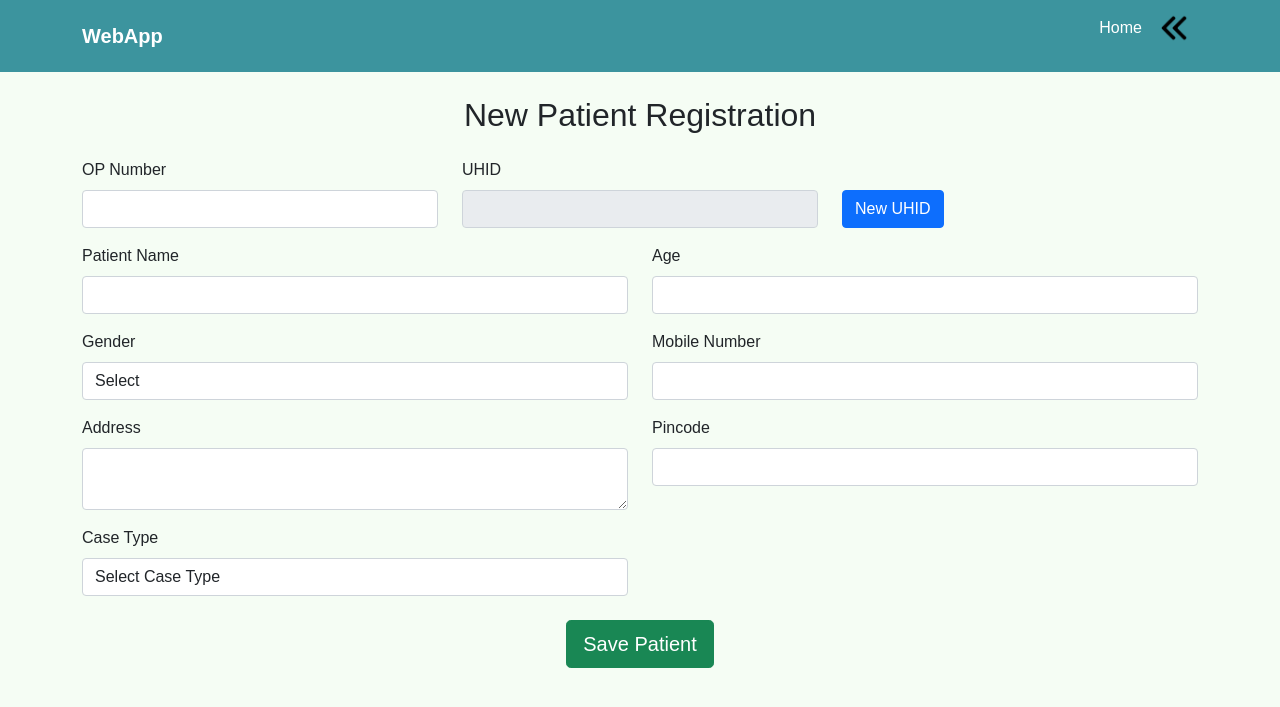
Repository: NAGENDRAN0/New
Page: http://localhost/registerEdit
The author's editor kept a copy of each file at every save. The page is drawn from the files as they stood at one save, then again after the next save.
The browser window is 1280 px wide. The pictures show the whole page.
The page is this project's Thymeleaf template; nobody is signed in. The template is opened directly, without the code that normally fills it, so the values that code supplies are empty.

Above is the page before, as saved 2025-05-15 10:55:48.

### Documents/workspace-spring-tool-suite-4-4.25.0.RELEASE/HMS/src/main/resources/templates/registerEdit.html
<!DOCTYPE html>
<html lang="en" xmlns:th="http://www.thymeleaf.org">

<head>
	<meta charset="UTF-8">
	<meta name="viewport" content="width=device-width, initial-scale=1.0">
	<title>OP Patient</title>

	<!-- Bootstrap CSS -->
	<link href="https://cdn.jsdelivr.net/npm/bootstrap@5.0.2/dist/css/bootstrap.min.css" rel="stylesheet">
</head>

<body style="background-color: #f5fdf4; font-family: Arial, sans-serif;">
	<div th:if="${successMessage}" class="alert alert-success">
	    <p th:text="${successMessage}"></p>
	</div>

	<!-- Navigation Bar -->
	<nav class="navbar navbar-expand-lg navbar-dark" style="background-color: #3C949E;">
		<div class="container">
			<a class="navbar-brand" href="#" style="color: white; font-weight: bold;">WebApp</a>
			<button class="navbar-toggler" type="button" data-bs-toggle="collapse" data-bs-target="#navbarNav"
				aria-controls="navbarNav" aria-expanded="false" aria-label="Toggle navigation">
				<span class="navbar-toggler-icon"></span>
			</button>
			<div class="collapse navbar-collapse" id="navbarNav">
				<ul class="navbar-nav ms-auto">
					<li class="nav-item"><a class="nav-link active" href="/" style="color: white;">Home</a></li>

					<div class="d-flex justify-content-end mb-3">
						  <a href="/" class="btn btn-sm btn-custom"> <img src="/image/back.png" height="30" width="30"/> </a>
						</div>
				</ul>
			</div>
		</div>


	</nav>

	<!-- New Patient Form -->
	<div class="container mt-4">
		<h2 class="text-center mb-4">New Patient Registration</h2>
		<form th:action="@{/save}" th:object="${pate}" method="post">

			<!-- Row 1: OP Number & UHID -->
			<div class="row mb-3">
				<div class="col-md-4">
					<label for="opNumber" class="form-label">OP Number</label>

					<input type="text" class="form-control" name="patientEntryNumber" th:field="*{patientEntryNumber}" required>

				</div>
				<div class="col-md-4">
					<label for="uhid" class="form-label">UHID</label>
					<input type="text" class="form-control" id="uhid" name="uhid" th:field="*{UHId}" readonly >
				</div>

				<div class="col-md-2 d-flex align-items-end">
					<button type="button" class="btn btn-primary" data-bs-toggle="modal" data-bs-target="#uhidModal">
						New UHID
					</button>
				</div>


			</div>

			<!-- Row 2: Name & Age -->
			<div class="row mb-3">
				<div class="col-md-6">
					<label for="name" class="form-label">Patient Name</label>

					<input type="text" class="form-control" id="name" name="patientName" th:field="*{patientName}" required>
				</div>
				<div class="col-md-6">
					<label for="age" class="form-label">Age</label>
					<input type="number" class="form-control" id="age" name="patientAge" min="1" th:field="*{patientAge}" required>
				</div>
			</div>

			<!-- Row 3: Gender & Mobile Number -->
			<div class="row mb-3">
				<div class="col-md-6">
					<label for="gender" class="form-label">Gender</label>
					<select class="form-control" id="gender" name="patientGender" th:field="*{patientGender}" required>
						<option value="">Select</option>
						<option value="Male">Male</option>
						<option value="Female">Female</option>
						<option value="Other">Other</option>
					</select>
				</div>
				<div class="col-md-6">
					<label for="mobileNumber" class="form-label">Mobile Number</label>
					<input type="tel" class="form-control" id="mobileNumber" name="patientMobile" pattern="[0-9]{10}"
						th:field="*{patientMobile}" required>
				</div>
			</div>

			<!-- Row 4: Address & Pincode -->
			<div class="row mb-3">
				<div class="col-md-6">
					<label for="address" class="form-label">Address</label>
					<textarea class="form-control" id="address" name="patientAddress" rows="2" th:field="*{patientAddress}" required></textarea>
				</div>
				<div class="col-md-6">
					<label for="pincode" class="form-label">Pincode</label>
					<input type="text" class="form-control" id="pincode" name="PatientPincode" pattern="[0-9]{6}" th:field="*{PatientPincode}" required>
				</div>
			</div>

			<!-- Row 5: Case Type -->
			<div class="row mb-4">
				<div class="col-md-6">
					<label for="caseType" class="form-label">Case Type</label>
					<select class="form-control" id="caseType" name="PatientCasType" th:field="*{PatientCasType}" required>
						<option value="">Select Case Type</option>
						<option value="Emergency">Emergency</option>
						<option value="Regular">Regular</option>
						<option value="Surgery">Surgery</option>
					</select>
				</div>
			</div>

			<!-- Submit Button -->
			<center>
				<button type="submit" class="btn btn-success btn-lg">Save Patient</button>
			</center>
		</form>
	</div>
	<!-- UHID Modal (Lookup Screen) -->
	<div class="modal fade" id="uhidModal" tabindex="-1" aria-labelledby="uhidModalLabel" aria-hidden="true">
		<div class="modal-dialog">
			<div class="modal-content">
				<div class="modal-header">
					<h5 class="modal-title" id="uhidModalLabel">Create New UHID</h5>
					<button type="button" class="btn-close" data-bs-dismiss="modal" aria-label="Close"></button>
				</div>
				<div class="modal-body">
					<form id="uhidForm">
						<div class="mb-3">
							<label for="modalPatientName" class="form-label">Patient Name</label>
							<input type="text" class="form-control" id="modalPatientName" required>
						</div>
						<div class="mb-3">
							<label for="modalAge" class="form-label">Age</label>
							<input type="number" class="form-control" id="modalAge" required>
						</div>
						<div class="mb-3">
							<label for="modalMobile" class="form-label">Mobile Number</label>
							<input type="tel" class="form-control" id="modalMobile" pattern="[0-9]{10}" required>
						</div>
						<div class="mb-3">
							<label for="modalCity" class="form-label">City</label>
							<input type="text" class="form-control" id="modalMobile" pattern="[0-9]{10}" required>
						</div>
						<div class="mb-3">

							<label for="gender" class="form-label">Gender</label>
												<select class="form-control" id="gender" name="gender" required>
													<option value="">Select</option>
													<option value="Male">Male</option>
													<option value="Female">Female</option>
													<option value="Other">Other</option>
												</select>
						</div>
						<center>
							<button type="button" class="btn btn-success" onclick="saveUHID()">Generate UHID</button>
						</center>
					</form>
				</div>
			</div>
		</div>
	</div>

	<!-- Bootstrap JavaScript -->
	<script src="https://cdn.jsdelivr.net/npm/bootstrap@5.0.2/dist/js/bootstrap.bundle.min.js"></script>
</body>

</html>

After the next save:
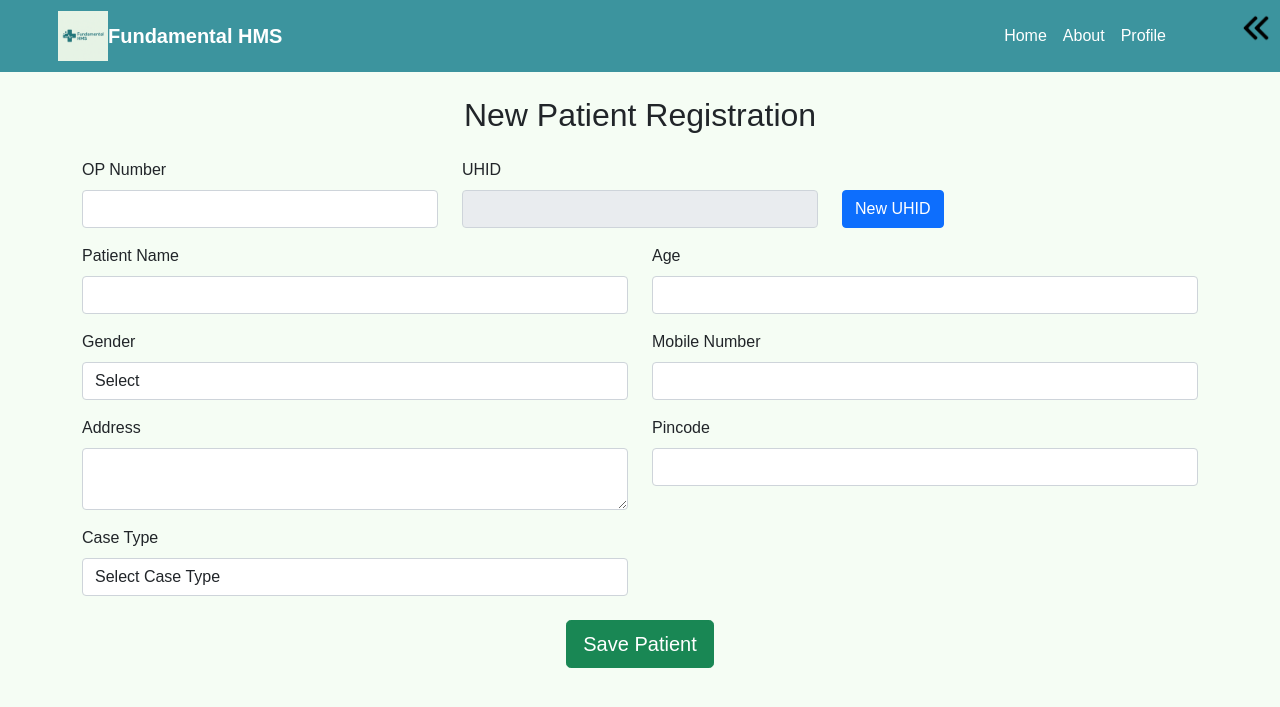
Saved 44 s later.
--- a/Documents/workspace-spring-tool-suite-4-4.25.0.RELEASE/HMS/src/main/resources/templates/registerEdit.html
+++ b/Documents/workspace-spring-tool-suite-4-4.25.0.RELEASE/HMS/src/main/resources/templates/registerEdit.html
@@ -17,25 +17,32 @@
 
 	<!-- Navigation Bar -->
 	<nav class="navbar navbar-expand-lg navbar-dark" style="background-color: #3C949E;">
-		<div class="container">
-			<a class="navbar-brand" href="#" style="color: white; font-weight: bold;">WebApp</a>
-			<button class="navbar-toggler" type="button" data-bs-toggle="collapse" data-bs-target="#navbarNav"
-				aria-controls="navbarNav" aria-expanded="false" aria-label="Toggle navigation">
-				<span class="navbar-toggler-icon"></span>
-			</button>
-			<div class="collapse navbar-collapse" id="navbarNav">
-				<ul class="navbar-nav ms-auto">
-					<li class="nav-item"><a class="nav-link active" href="/" style="color: white;">Home</a></li>
-
-					<div class="d-flex justify-content-end mb-3">
+				<div class="container d-flex align-items-center">
+					<img th:src=@{/image/Logo.png} class="logo" width="50" height="50"/>
+					<a class="navbar-brand d-flex align-items-center" th:href="@{/}" style="color: white; font-weight: bold;">Fundamental HMS</a>
+					<button class="navbar-toggler" type="button" data-bs-toggle="collapse" data-bs-target="#navbarNav"
+						aria-controls="navbarNav" aria-expanded="false" aria-label="Toggle navigation">
+						<span class="navbar-toggler-icon"></span>
+					</button>
+					<div class="collapse navbar-collapse" id="navbarNav">
+						<ul class="navbar-nav ms-auto">
+							<li class="nav-item">
+								<a class="nav-link active" th:href="@{/}" style="color: white;">Home</a>
+							</li>
+							<li class="nav-item">
+								<a class="nav-link" th:href="@{/features}" style="color: white;">About</a>
+							</li>
+							<li class="nav-item">
+								<a class="nav-link" th:href="@{/contact}" style="color: white;">Profile</a>
+							</li>
+						</ul>
+					</div>
+				</div>
+				<div class="d-flex justify-content-end mb-3">
 						  <a href="/" class="btn btn-sm btn-custom"> <img src="/image/back.png" height="30" width="30"/> </a>
 						</div>
-				</ul>
-			</div>
-		</div>
+			</nav>
 
-
-	</nav>
 
 	<!-- New Patient Form -->
 	<div class="container mt-4">
